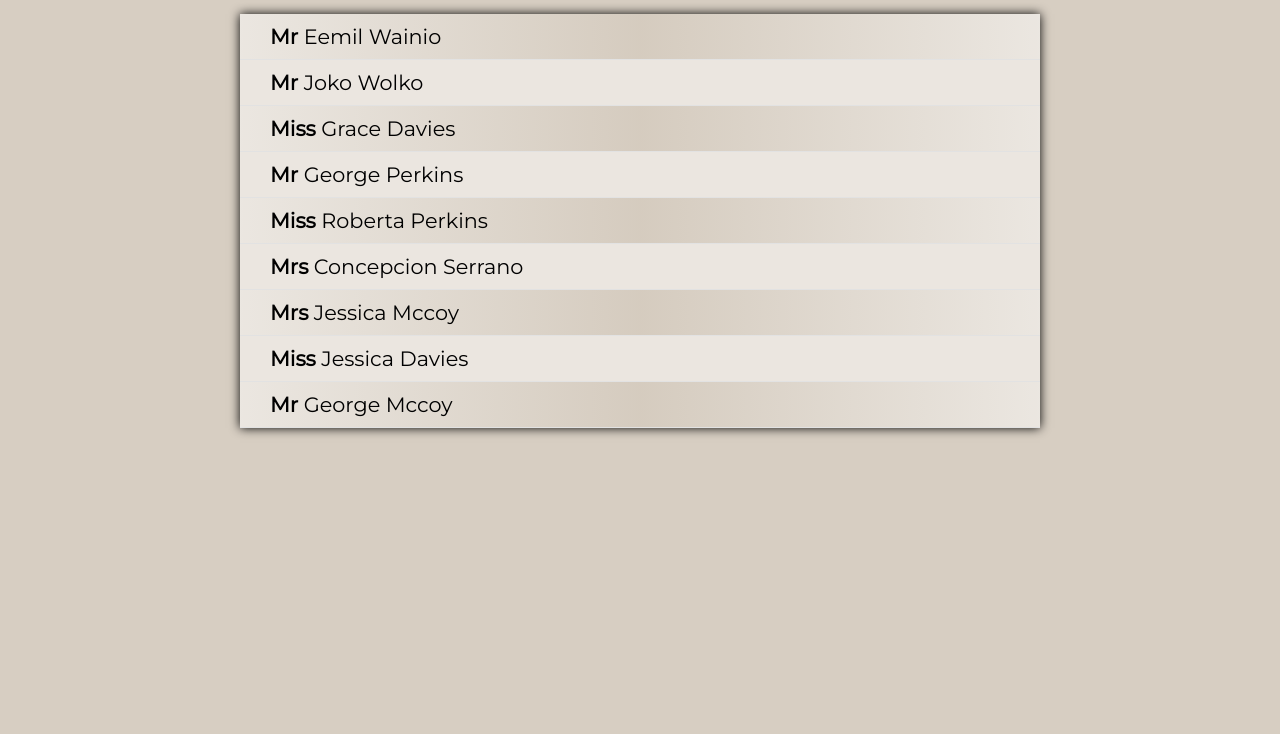
Repository: KrzysKolo/sr_tydzien5_zad4
Page: /
These files come from the project's save history. The page is drawn as it stood at one moment and after the next save; the edit follows.
The browser window is 1280 px wide. The pictures show the whole page.
Some web fonts or font styles are not loaded; a fallback is used. The project was rebuilt for these pictures with package versions that can differ from the ones it lists, and the page was loaded fresh each time.

Above is the page before, as saved 2021-01-04 00:24:54.

After the next save:
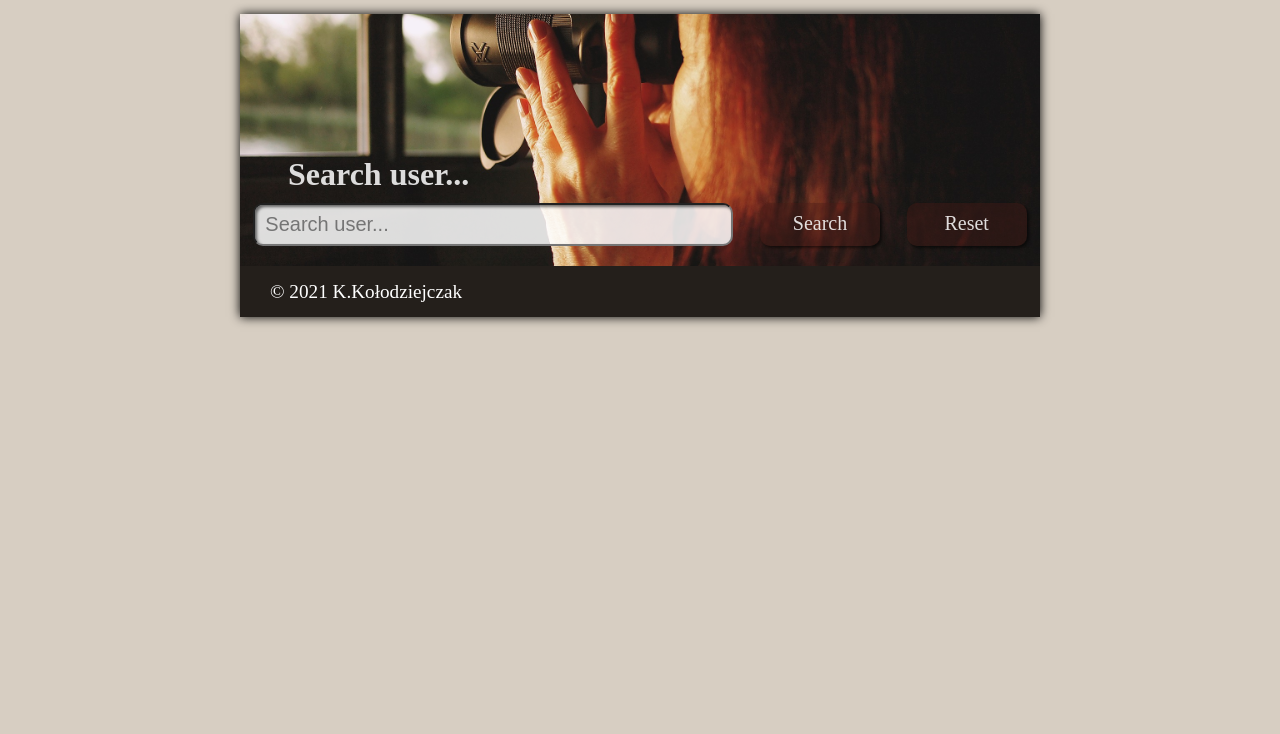
Saved 65 s later.
--- a/src/components/UsersContainer.js
+++ b/src/components/UsersContainer.js
@@ -1,5 +1,6 @@
 import React, { useState, useEffect } from 'react';
 import Header from './Header';
+import Footer from './Footer';
 
 
 const UsersContainer = () => {
@@ -35,7 +36,8 @@ const UsersContainer = () => {
     ))
     return (
         <section>
-					{user}
+					<Header />
+          <Footer />
         </section>
     )
 }
